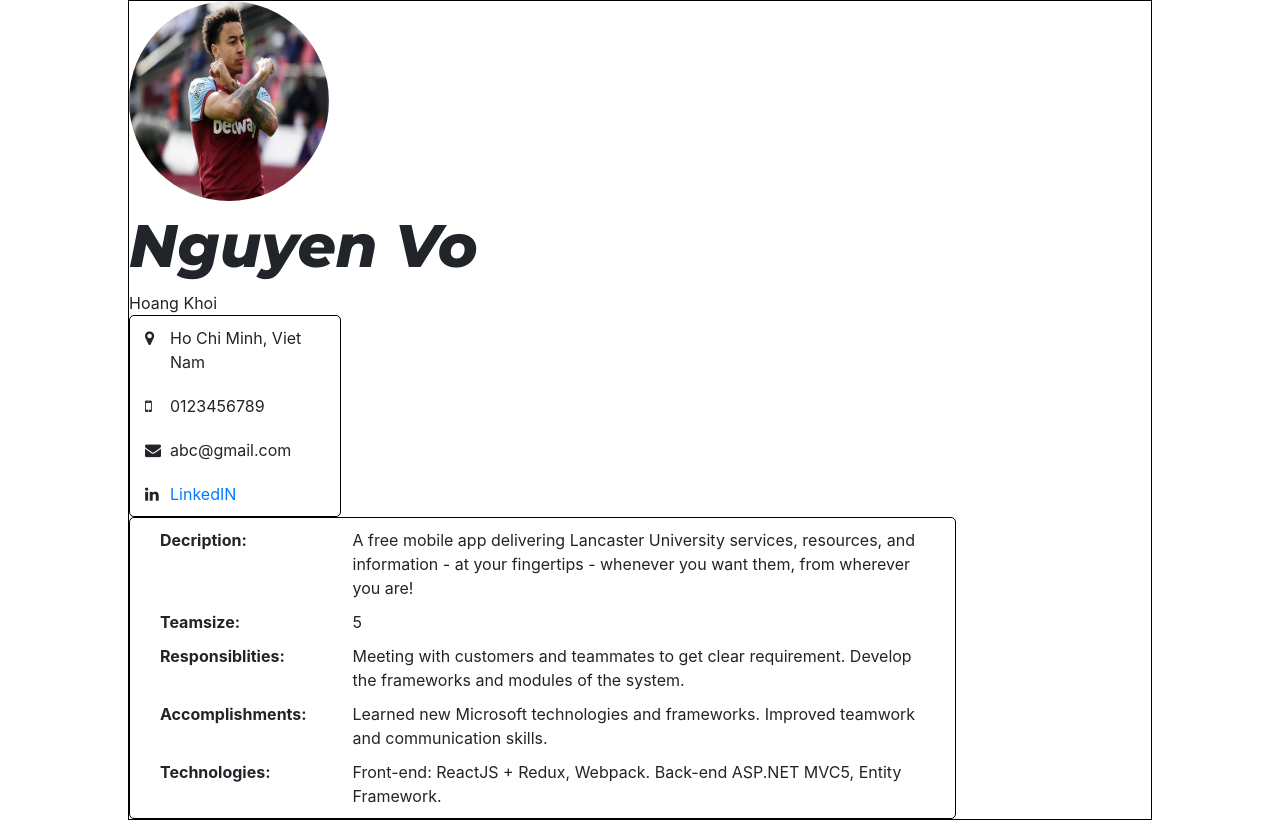
Repository: khoibanh113/mycv
Page: /
An editor plug-in stored every save of this project. The page is shown before and after the next save, followed by the edit.
The browser window is 1280 px wide. The pictures show the whole page.
The project was rebuilt for these pictures with package versions that can differ from the ones it lists, and the page was loaded fresh each time.

Above is the page before, as saved 2021-04-02 15:09:37.

### src/App.js
import React,{Component} from 'react'
import './App.css'
import Avatar from './component/avatar'
import AvaImg from './image/avatar.jpg'
import Contact from './component/contact'
import Name from './component/name'
import Experience from './component/experience'
class App extends Component {
  render(){
    return (
      <div className="App">
        <Avatar className="avatar" img={AvaImg} />
        <Name name='Nguyen Vo Hoang Khoi' />
        <Contact
          name='Nguyen Vo Hoang Khoi'
          location='Ho Chi Minh, Viet Nam'
          phone='0123456789'
          email='abc@gmail.com'
          linkedin='LinkedIN'
        />
        <Experience
          projectname ='Project Course'
          projecttime='March 03 2019 - March 30 2019'
          projectlocation='ABC Company'
          decription ='A free mobile app delivering Lancaster University services, resources, and information - at your fingertips - whenever you want them, from wherever you are!'
          teamsize='5'
          responsiblities='Meeting with customers and teammates to get clear requirement. Develop the frameworks and modules of the system.'
          accomplishments='Learned new Microsoft technologies and frameworks. Improved teamwork and communication skills.'
          technologies='Front-end: ReactJS + Redux, Webpack. Back-end ASP.NET MVC5, Entity Framework.'
        />


      </div>
    );
  }
}

export default App;

### src/App.css
.App{
  height: fit-content;
  width: 80%;
  border: 1px solid black;
  margin: 0px auto;
  position: relative;
}

### src/component/avatar.js
import React from 'react'
import '../css/avatar.css'

class avatar extends React.Component {
    constructor(props){
        super(props);
        this.image = props.img;
    }

  render(){
    return (
        <div className="avaContainer">
          <img src={this.image} alt="this is your avatar" />
        </div>
    );
  }
}

export default avatar;

### src/component/contact.js
import  {Component} from 'react'
import '../../node_modules/font-awesome/css/font-awesome.min.css';
import 'bootstrap/dist/css/bootstrap.min.css';
import '../css/contact.css'

class contact extends Component{
    constructor(props){
        super(props);
        this.location = props.location;
        this.phone = props.phone;
        this.email = props.email;
        this.linkedin = props.linkedin;
    }



    render(){
        return(
            <div className="container-contact">

                <div className="row row-contact">
                        <div className="col-1 icon-contact">
                            <li className="fa fa-map-marker"></li>
                        </div>
                        <div className="col detail-contact">
                            <span>{this.location}</span>
                        </div>
                </div>
                <div class="row row-contact">
                    <div className="col-1 icon-contact">
                        <li className="fa fa-mobile" ></li>
                    </div>
                    <div className="col detail-contact">
                        <span>{this.phone}</span>
                    </div>
                </div>
                <div className="row row-contact">
                    <div className="col-1 icon-contact">
                        <li className="fa fa-envelope"></li>
                    </div>
                    <div class="col  detail-contact">
                        <span>{this.email}</span>
                    </div>
                </div>
                <div className="row row-contact">
                    <div className="col-1 icon-contact">
                        <li className="fa fa-linkedin"></li>
                    </div>
                    <div className="col  detail-contact">
                        <a href={this.linkedin} >{this.linkedin}</a>
                    </div>
                </div>

            </div>

        )
    }
}

export default contact;

### src/component/name.js
import {Component} from 'react'
import '../css/name.css'

class name extends Component{
    constructor(props){
        super(props);
        this.name= props.name;
        // this.lastname = this.name.subtr(0,this.name.ge);
        // th

    }
    getLastname(){
        var tmp = this.name.indexOf(" ");
        var endLastname =  this.name.indexOf(" ",tmp+1);
        return this.name.slice(0,endLastname);
    };
    getFirstname(){
        var tmp = this.name.indexOf(" ");
        var endLastname =  this.name.indexOf(" ",tmp+1);
        return this.name.slice(-endLastname-1,this.name.length);
    };




    render(){
        const lastname = this.getLastname();
        const firstname = this.getFirstname();
        return(
            <div>
                <div className="last-Name">
                    <span>{lastname}</span>
                </div>
                <div className="first-Name">
                    <span>{firstname}</span>
                </div>
            </div>
        )
    }
}

export default name;

### src/component/experience.js
import {Component} from 'react'
import 'bootstrap/dist/css/bootstrap.min.css';
import '../css/experience.css'
class experience extends Component{


    render(){
        return(
            <div>
                {/* <div className="row row-experience">
                    <div className="col-2">Project:</div>
                    <div className="col">Projectname</div>

                </div> */}
                <div className='container-experience'>
                    <div className="row row-experience">
                        <div className="col-2 col-item"><b>Decription:</b></div>
                        <div className="col detail-content">
                            <span>
                            A free mobile app delivering Lancaster University services, resources, and information - at your fingertips - whenever you want them, from wherever you are!
                            </span>
                        </div>
                    </div>
                    <div className="row row-experience">
                        <div className="col-2 col-item"><b>Teamsize:</b></div>
                        <div className="col detail-content">
                            <span>
                            5
                            </span>
                        </div>
                    </div>
                    <div className="row row-experience">
                        <div className="col-2 col-item"><b>Responsiblities:</b></div>
                        <div className="col detail-content">
                            <span>
                            Meeting with customers and teammates to get clear requirement. Develop the frameworks and modules of the system.
                            </span>
                        </div>
                    </div>
                    <div className="row row-experience">
                        <div className="col-2 col-item"><b>Accomplishments:</b></div>
                        <div className="col detail-content">
                            <span>
                            Learned new Microsoft technologies and frameworks. Improved teamwork and communication skills.
                            </span>
                        </div>
                    </div>
                    <div className="row row-experience">
                        <div className="col-2 col-item"><b>Technologies:</b></div>
                        <div className="col detail-content">
                            <span>
                            Front-end: ReactJS + Redux, Webpack. Back-end ASP.NET MVC5, Entity Framework.</span>
                        </div>
                    </div>
                </div>


             </div>
        )
    }
}

export default experience;

### src/css/avatar.css

.avaContainer img {
    height: 100%;
    width: 100%;
    border-radius: 100px;
}
.avaContainer{
    height: 200px;
    width: 200px;

}

.nameContainer{
    text-align: center;
}

### src/css/contact.css
.row-contact{
    padding: 10px 0px 10px 30px;
}
.detail-contact{
    width: 200px;
}
.icon-contact{
    padding: 0px 0px;
    max-width: 10px;


}
.container-contact{
    max-width: fit-content;
    /* width: fit-content; */
    border: 1px solid black;
    border-radius: 5px;
}

### src/css/name.css
@import url('https://fonts.googleapis.com/css2?family=Montserrat:ital,wght@1,800&display=swap');
.last-Name{
    font-family: 'Montserrat', sans-serif;
    font-size: 60px;
}

### src/css/experience.css
.container-experience{
    max-width: fit-content;
    border: 1px solid black;
    border-radius: 5px;
}
.row-experience{
    margin: 10px 0px 10px 30px;
}
.col-item{
    width: 150px;
    padding: 0px 0px;
    margin-right: 45px;
}
.detail-content{
    width: 600px;
}

Loaded but not shown: public/index.html (common file); src/index.js (common file); src/index.css (common file); src/reportWebVitals.js (common file)

After the next save:
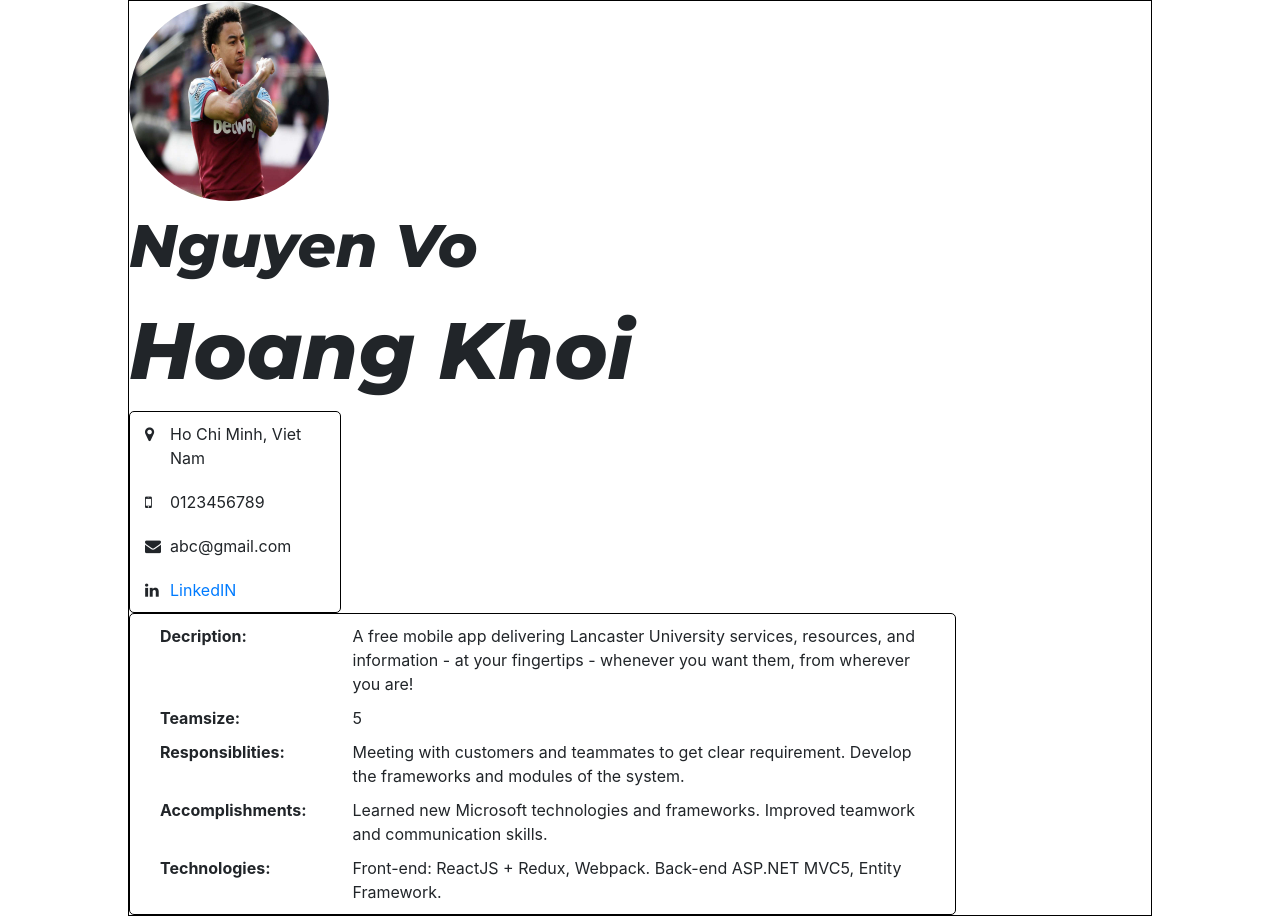
Saved 32 s later.
--- a/src/css/name.css
+++ b/src/css/name.css
@@ -3,3 +3,7 @@
     font-family: 'Montserrat', sans-serif;
     font-size: 60px;
 }
+.first-Name{
+    font-family: 'Montserrat', sans-serif;
+    font-size: 80px;
+}

After the save that followed:
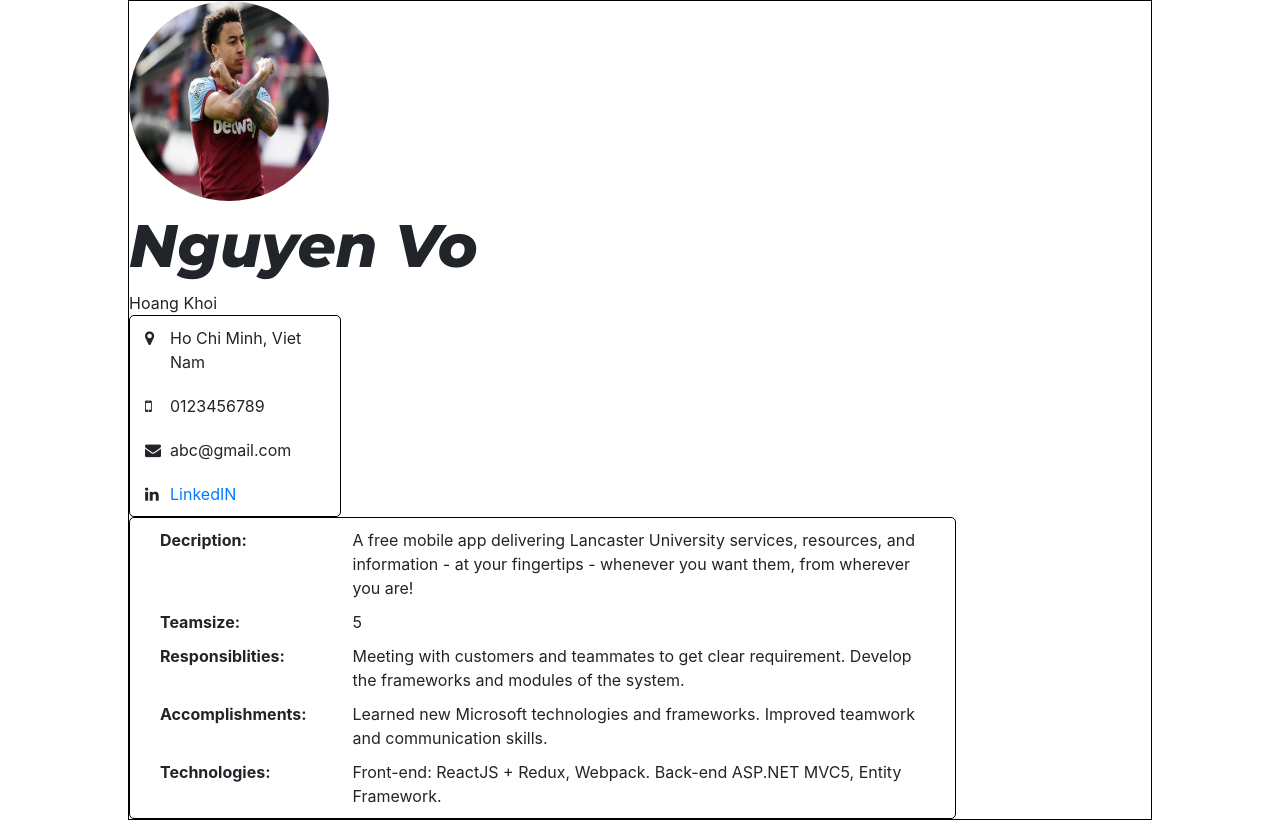
Saved 8 min 12 s later.
--- a/src/css/name.css
+++ b/src/css/name.css
@@ -4,6 +4,5 @@
     font-size: 60px;
 }
 .first-Name{
-    font-family: 'Montserrat', sans-serif;
-    font-size: 80px;
+
 }
